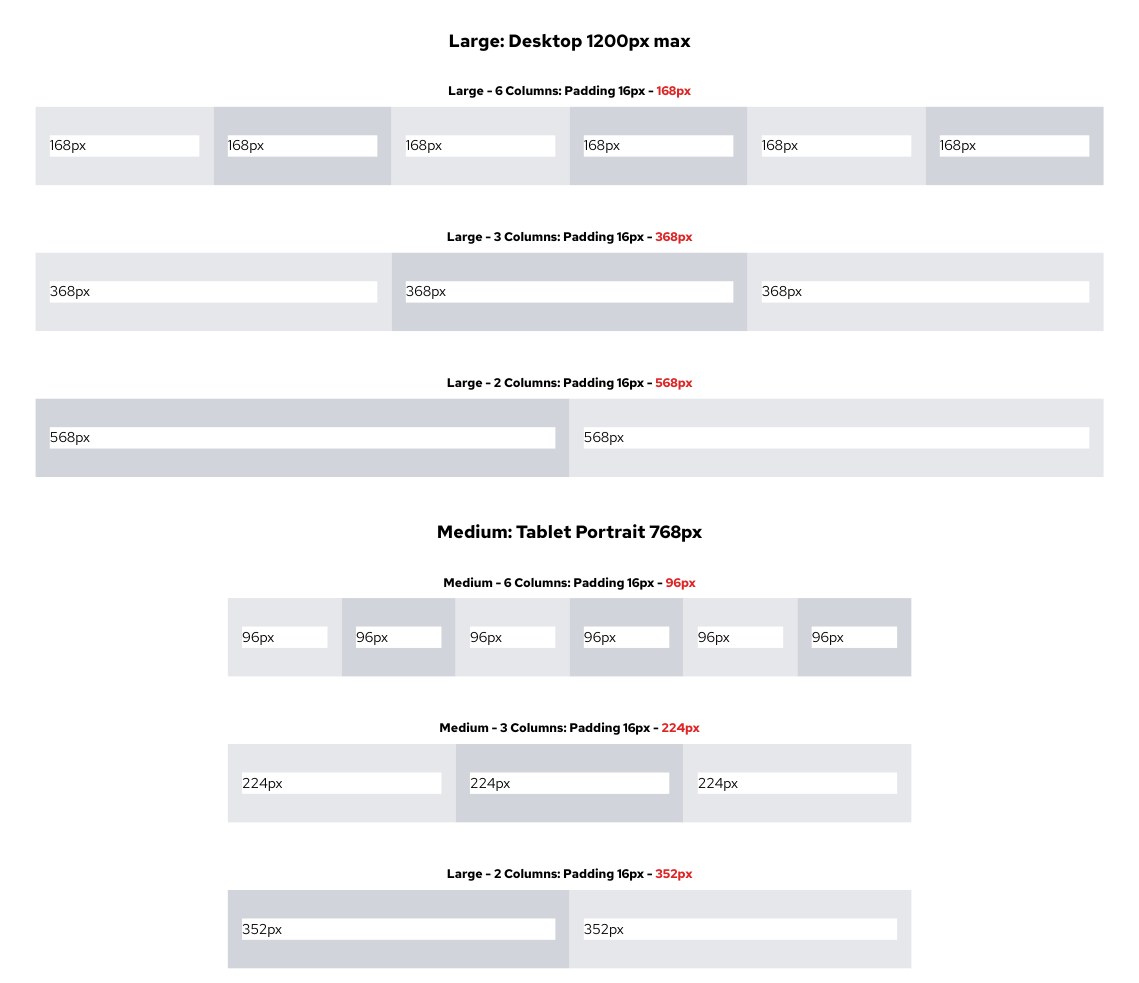
Repository: fabianwurk/vue-tailwind
Page: /
An editor plug-in stored every save of this project. The page is shown before and after the next save, followed by the edit.
The browser window is 1280 px wide. The pictures show the whole page, at 89% of full size.
The project was rebuilt for these pictures with package versions that can differ from the ones it lists, and the page was loaded fresh each time. Also part of the build but not shown: vite.config.js.

Above is the page before, as saved 2021-03-16 21:45:55.

After the next save:
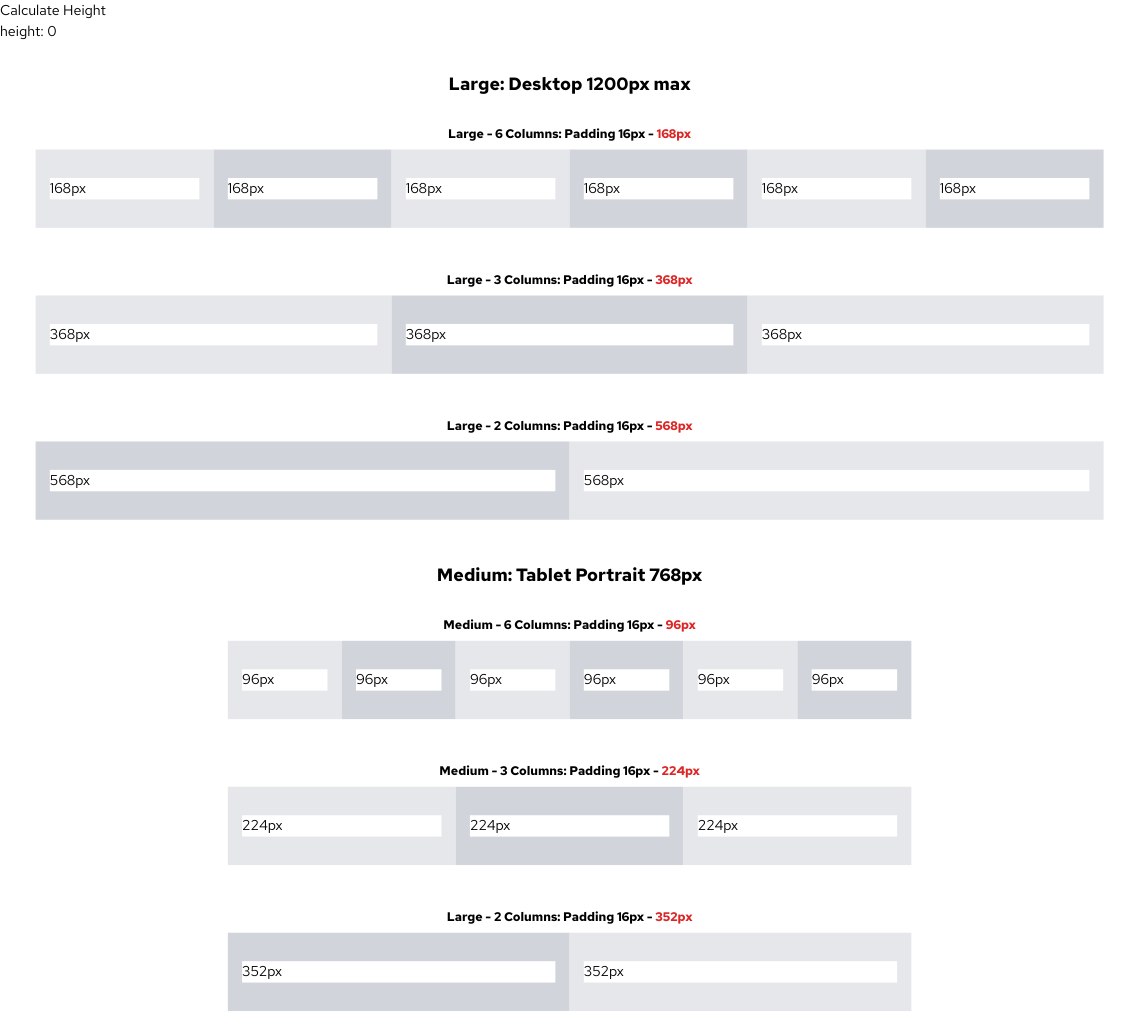
Saved 4 min 21 s later.
--- a/src/components/Large.vue
+++ b/src/components/Large.vue
@@ -1,5 +1,7 @@
 <template>
   <div>
+  <button @click="calculateWidth()">Calculate Height</button>
+  <p>height: {{width}}</p>
   <h1 class="text-xl font-bold mb-2 mt-8 text-center">Large: Desktop 1200px max</h1>
   <div class="container mx-auto">
     <h2 class="text-sm font-bold mb-2 mt-8 text-center">Large - 6 Columns: Padding 16px - <span class="text-red-600">{{ sixCol }}</span></h2>
@@ -62,7 +64,13 @@ export default {
       sixCol: "168px",
       threeCol: "368px",
       twoCol: "568px",
+      width: 0,
     };
   },
+  methods: {
+    calculateWidth() {
+      this.width = this.$refs.app.clientWidth;
+    }
+  }
 }
 </script>
